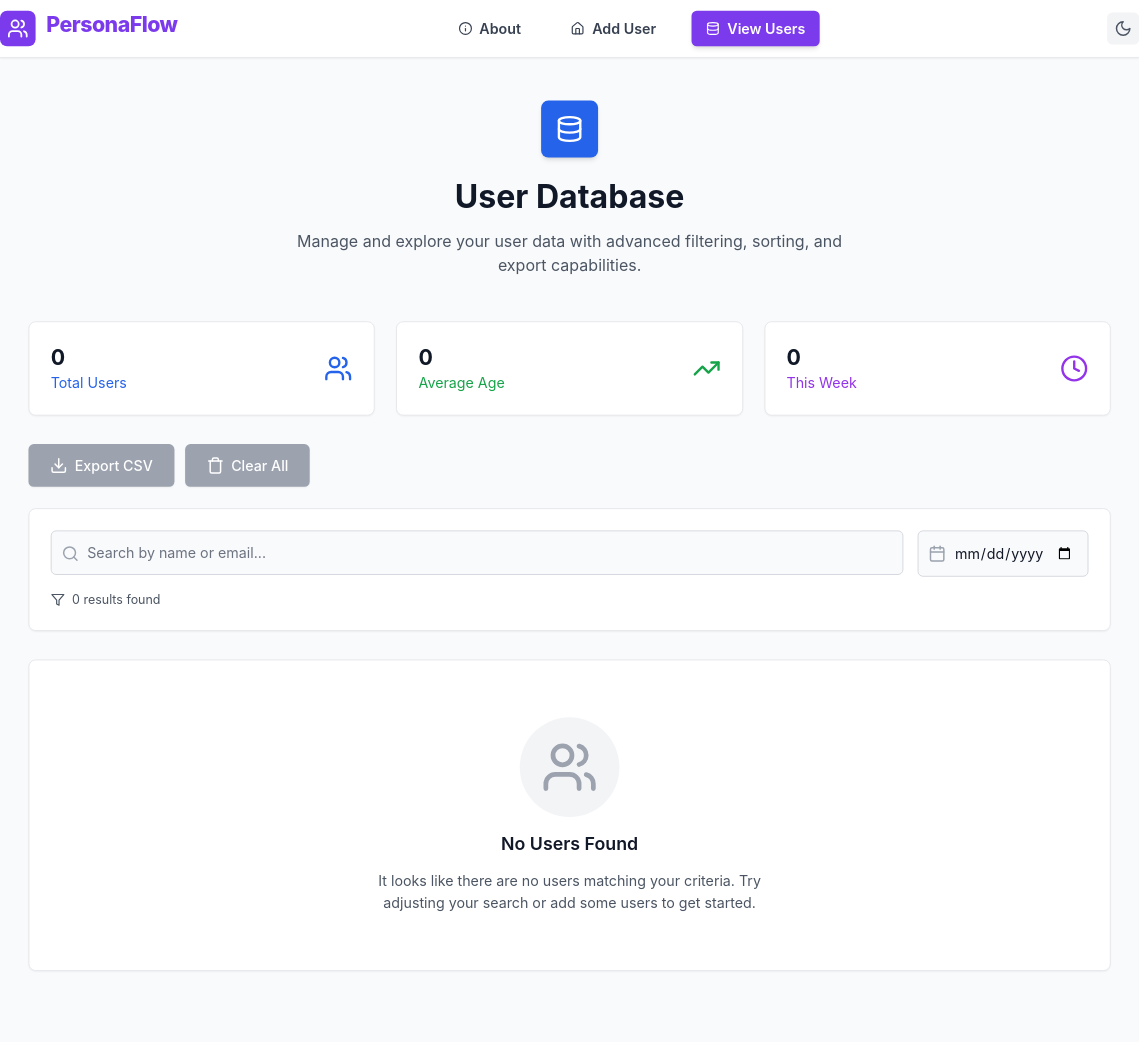
Repository: nikunjagarwal05/PersonaFlow
Page: /view
The author's editor kept a copy of each file at every save. The page is drawn from the files as they stood at one save, then again after the next save.
The browser window is 1280 px wide. The pictures show the whole page, at 89% of full size.
The project was rebuilt for these pictures with package versions that can differ from the ones it lists, and the page was loaded fresh each time. Also part of the build but not shown: vite.config.ts, src/components/Toast.jsx, src/components/UserForm.jsx, src/pages/Home.jsx, src/components/Pagination.jsx, src/pages/About.jsx.

Above is the page before, as saved 2025-06-10 18:22:26.

### index.html
<!doctype html>
<html lang="en">
  <head>
    <meta charset="UTF-8" />
    <link rel="icon" type="image/svg+xml" href="/vite.svg" />
    <meta name="viewport" content="width=device-width, initial-scale=1.0" />
    <meta name="description" content="PersonaFlow - A professional user management system with advanced data handling capabilities" />
    <meta name="keywords" content="user management, data management, professional design, React, JavaScript" />
    <meta name="author" content="PersonaFlow Team" />

    <!-- Open Graph / Facebook -->
    <meta property="og:type" content="website" />
    <meta property="og:title" content="PersonaFlow - Professional User Management" />
    <meta property="og:description" content="Manage users with our professional, clean interface" />

    <!-- Twitter -->
    <meta property="twitter:card" content="summary_large_image" />
    <meta property="twitter:title" content="PersonaFlow - Professional User Management" />
    <meta property="twitter:description" content="Manage users with our professional, clean interface" />

    <title>PersonaFlow - User Management System</title>
  </head>
  <body>
    <div id="root"></div>
    <script type="module" src="/src/main.jsx"></script>
  </body>
</html>

### src/App.jsx
import React, { useState, useEffect } from 'react';
import { BrowserRouter as Router, Routes, Route } from 'react-router-dom';

import { ToastProvider } from './components/ToastContainer';
import Navbar from './components/Navbar';
import Home from './pages/Home';
import ViewData from './pages/ViewData';
import About from './pages/About';

// App component manages global state, dark mode, and routing
function App() {
  const [darkMode, setDarkMode] = useState(() => {
    const saved = localStorage.getItem('darkMode');
    return saved ? JSON.parse(saved) : false;
  });

  useEffect(() => {
    localStorage.setItem('darkMode', JSON.stringify(darkMode));
    if (darkMode) {
      document.documentElement.classList.add('dark');
    } else {
      document.documentElement.classList.remove('dark');
    }
  }, [darkMode]);

  const toggleDarkMode = () => {
    setDarkMode(!darkMode);
  };

  return (
    <div className={`min-h-screen transition-colors duration-300 ${darkMode ? 'dark' : ''}`}>
      <ToastProvider>
        <Router>
          <Navbar darkMode={darkMode} toggleDarkMode={toggleDarkMode} />
          <Routes>
            <Route path="/" element={<About />} />
            <Route path="/add" element={<Home />} />
            <Route path="/view" element={<ViewData />} />
          </Routes>
        </Router>
      </ToastProvider>
    </div>
  );
}

export default App;

### src/index.css
@tailwind base;
@tailwind components;
@tailwind utilities;

@layer base {
  html {
    scroll-behavior: smooth;
  }

  body {
    font-family: -apple-system, BlinkMacSystemFont, 'Segoe UI', 'Roboto', 'Oxygen',
      'Ubuntu', 'Cantarell', 'Fira Sans', 'Droid Sans', 'Helvetica Neue',
      sans-serif;
    -webkit-font-smoothing: antialiased;
    -moz-osx-font-smoothing: grayscale;
    background-color: theme('colors.lightbg'); /* Deeper, softer white for light mode */
    color: theme('colors.gray.900');
  }
  .card {
    background-color: theme('colors.lightcard');
    border: 1px solid theme('colors.lightborder');
    border-radius: 0.75rem;
    box-shadow: 0 2px 8px 0 rgba(0,0,0,0.03);
  }
  .dark body {
    background-color: theme('colors.gray.900');
    color: theme('colors.gray.100');
  }
  .dark .card {
    background-color: theme('colors.gray.800');
    border: 1px solid theme('colors.gray.700');
  }
}

@layer utilities {
  .animate-slide-in {
    animation: slideIn 0.3s ease-out;
  }

  .animate-fade-in {
    animation: fadeIn 0.2s ease-out;
  }
}

@keyframes slideIn {
  from {
    opacity: 0;
    transform: translateX(100%);
  }
  to {
    opacity: 1;
    transform: translateX(0);
  }
}

@keyframes fadeIn {
  from {
    opacity: 0;
  }
  to {
    opacity: 1;
  }
}

/* Custom scrollbar */
::-webkit-scrollbar {
  width: 8px;
}

::-webkit-scrollbar-track {
  background: rgba(0, 0, 0, 0.1);
  border-radius: 10px;
}

::-webkit-scrollbar-thumb {
  background: #3b82f6;
  border-radius: 10px;
}

::-webkit-scrollbar-thumb:hover {
  background: #2563eb;
}

/* Focus styles */
input:focus, select:focus, textarea:focus {
  outline: none;
  box-shadow: 0 0 0 3px rgba(59, 130, 246, 0.3);
}

/* Selection styles */
::selection {
  background: rgba(59, 130, 246, 0.3);
  color: white;
}

/* Loading spinner */
.loading-spinner {
  border: 3px solid rgba(59, 130, 246, 0.3);
  border-radius: 50%;
  border-top: 3px solid #3b82f6;
  width: 24px;
  height: 24px;
  animation: spin 1s linear infinite;
}

@keyframes spin {
  0% { transform: rotate(0deg); }
  100% { transform: rotate(360deg); }
}

/* Button animations */
.btn-hover {
  transition: all 0.2s ease-in-out;
}

.btn-hover:hover {
  transform: translateY(-1px);
  box-shadow: 0 4px 12px rgba(0, 0, 0, 0.15);
}

/* Card hover effects */
.card-hover {
  transition: all 0.2s ease-in-out;
}

.card-hover:hover {
  transform: translateY(-2px);
  box-shadow: 0 8px 25px rgba(0, 0, 0, 0.1);
}

/* Mobile optimizations */
@media (max-width: 768px) {
  .animate-slide-in {
    animation: slideInMobile 0.3s ease-out;
  }
}

@keyframes slideInMobile {
  from {
    opacity: 0;
    transform: translateY(20px);
  }
  to {
    opacity: 1;
    transform: translateY(0);
  }
}

/* High contrast mode support */
@media (prefers-contrast: high) {
  .bg-gradient-to-r {
    background: solid;
  }
}

/* Reduced motion support */
@media (prefers-reduced-motion: reduce) {
  * {
    animation-duration: 0.01ms !important;
    animation-iteration-count: 1 !important;
    transition-duration: 0.01ms !important;
  }

  .animate-slide-in,
  .animate-fade-in {
    animation: none;
  }
}

/* Dark mode improvements */
.dark {
  color-scheme: dark;
}

/* Form improvements */
.form-input {
  transition: all 0.2s ease-in-out;
}

.form-input:focus {
  transform: translateY(-1px);
}

/* Table improvements */
.table-row {
  transition: all 0.2s ease-in-out;
}

.table-row:hover {
  transform: scale(1.01);
}

/* Accent color for buttons and links */
.btn-accent {
  background-color: theme('colors.accent.DEFAULT');
  color: #fff;
}
.btn-accent:hover {
  background-color: theme('colors.accent.dark');
}
.link-accent {
  color: theme('colors.accent.DEFAULT');
}
.link-accent:hover {
  color: theme('colors.accent.dark');
}

/* Use darkaccent for accent in dark mode */
.dark .btn-accent {
  background-color: theme('colors.darkaccent.DEFAULT');
  color: #fff;
}
.dark .btn-accent:hover {
  background-color: theme('colors.darkaccent.dark');
}
.dark .link-accent {
  color: theme('colors.darkaccent.DEFAULT');
}
.dark .link-accent:hover {
  color: theme('colors.darkaccent.dark');
}

### src/components/ToastContainer.jsx
import React, { createContext, useContext, useState, useCallback } from 'react';
import Toast from './Toast';

// ToastContainer provides context and renders toasts
const ToastContext = createContext(undefined);

export const useToast = () => {
  const context = useContext(ToastContext);
  if (!context) {
    throw new Error('useToast must be used within a ToastProvider');
  }
  return context;
};

export const ToastProvider = ({ children }) => {
  const [toasts, setToasts] = useState([]);

  const showToast = useCallback((toast) => {
    const id = crypto.randomUUID();
    const newToast = {
      ...toast,
      id,
      onClose: removeToast,
    };
    setToasts(prev => [...prev, newToast]);
  }, []);

  const removeToast = useCallback((id) => {
    setToasts(prev => prev.filter(toast => toast.id !== id));
  }, []);

  return (
    <ToastContext.Provider value={{ showToast }}>
      {children}
      <div className="fixed top-4 right-4 z-50 space-y-2 max-w-sm">
        {toasts.map(toast => (
          <Toast key={toast.id} {...toast} />
        ))}
      </div>
    </ToastContext.Provider>
  );
};

### src/components/Navbar.jsx
import React from 'react';
import { Link, useLocation } from 'react-router-dom';
import { Home, Database, Moon, Sun, Users, Info } from 'lucide-react';

// Navbar component provides navigation and dark mode toggle
const Navbar = ({ darkMode, toggleDarkMode }) => {
  const location = useLocation();

  return (
    <nav className="sticky top-0 z-40 bg-white dark:bg-gray-900 border-b border-gray-200 dark:border-gray-700 shadow-sm">
      <div className="max-w-7xl mx-auto">
        <div className="flex justify-between items-center h-16 w-full">

          {/* App Name at far left */}
          <div className="flex items-centermin-w-[220px]">

            <div className="p-2 bg-accent dark:bg-darkaccent rounded-lg">
              <Users className="w-6 h-6 text-white" />
            </div>

            <h1 className="ml-3 text-2xl font-extrabold text-accent dark:text-darkaccent-light tracking-tight select-none">
              PersonaFlow
            </h1>
          </div>

          {/* Nav Links Centered */}
          <div className="flex-1 sm: flex justify-center">
            <div className="flex items-baseline space-x-6">
              <Link
                to="/"
                className={`px-4 py-2 rounded-md font-semibold transition-all duration-200 flex items-center space-x-2 ${
                  location.pathname === '/'
                    ? 'bg-accent dark:bg-darkaccent text-white shadow-md'
                    : 'text-gray-700 dark:text-gray-300 hover:bg-gray-100 dark:hover:bg-gray-800'
                }`}
              >
                <Info className="w-4 h-4" />
                <span>About</span>
              </Link>
              <Link
                to="/add"
                className={`px-4 py-2 rounded-md font-semibold transition-all duration-200 flex items-center space-x-2 ${
                  location.pathname === '/add'
                    ? 'bg-accent dark:bg-darkaccent text-white shadow-md'
                    : 'text-gray-700 dark:text-gray-300 hover:bg-gray-100 dark:hover:bg-gray-800'
                }`}
              >
                <Home className="w-4 h-4" />
                <span>Add User</span>
              </Link>
              <Link
                to="/view"
                className={`px-4 py-2 rounded-md font-semibold transition-all duration-200 flex items-center space-x-2 ${
                  location.pathname === '/view'
                    ? 'bg-accent dark:bg-darkaccent text-white shadow-md'
                    : 'text-gray-700 dark:text-gray-300 hover:bg-gray-100 dark:hover:bg-gray-800'
                }`}
              >
                <Database className="w-4 h-4" />
                <span>View Users</span>
              </Link>
            </div>
          </div>

          {/* Theme Toggle at far right */}
          <div className="flex items-center justify-end min-w-[60px]">
            <button
              onClick={toggleDarkMode}
              className="p-2 rounded-md bg-gray-100 dark:bg-gray-800 hover:bg-gray-200 dark:hover:bg-gray-700 transition-all duration-200"
              aria-label="Toggle dark mode"
            >
              {darkMode ? (
                <Sun className="w-5 h-5 text-yellow-500" />
              ) : (
                <Moon className="w-5 h-5 text-gray-600" />
              )}
            </button>
          </div>
        </div>
      </div>

      {/* Mobile Navigation */}
      <div className="md:hidden border-t border-gray-200 dark:border-gray-700">
        <div className="px-2 pt-2 pb-3 space-y-1">
          <Link
            to="/"
            className={`block px-3 py-2 rounded-md text-base font-medium transition-all duration-200 flex items-center space-x-2 ${
              location.pathname === '/'
                ? 'bg-accent dark:bg-darkaccent text-white'
                : 'text-gray-700 dark:text-gray-300 hover:bg-gray-100 dark:hover:bg-gray-800'
            }`}
          >
            <Info className="w-4 h-4" />
            <span>About</span>
          </Link>
          <Link
            to="/add"
            className={`block px-3 py-2 rounded-md text-base font-medium transition-all duration-200 flex items-center space-x-2 ${
              location.pathname === '/add'
                ? 'bg-accent dark:bg-darkaccent text-white'
                : 'text-gray-700 dark:text-gray-300 hover:bg-gray-100 dark:hover:bg-gray-800'
            }`}
          >
            <Home className="w-4 h-4" />
            <span>Add User</span>
          </Link>
          <Link
            to="/view"
            className={`block px-3 py-2 rounded-md text-base font-medium transition-all duration-200 flex items-center space-x-2 ${
              location.pathname === '/view'
                ? 'bg-accent dark:bg-darkaccent text-white'
                : 'text-gray-700 dark:text-gray-300 hover:bg-gray-100 dark:hover:bg-gray-800'
            }`}
          >
            <Database className="w-4 h-4" />
            <span>View Users</span>
          </Link>
        </div>
      </div>
    </nav>
  );
};

export default Navbar;

### src/components/SearchBar.jsx
import React from 'react';
import { Search, X, Calendar, Filter } from 'lucide-react';

const SearchBar = ({
  searchQuery,
  onSearchChange,
  dateFilter,
  onDateFilterChange,
  onClearFilters,
  totalResults
}) => {
  return (
    <div className="bg-white dark:bg-gray-800 rounded-lg border border-gray-200 dark:border-gray-700 p-6 shadow-sm">
      <div className="flex flex-col lg:flex-row gap-4">
        {/* Search Input */}
        <div className="flex-1 relative">
          <div className="absolute inset-y-0 left-0 pl-3 flex items-center pointer-events-none">
            <Search className="h-5 w-5 text-gray-400" />
          </div>
          <input
            type="text"
            placeholder="Search by name or email..."
            value={searchQuery}
            onChange={(e) => onSearchChange(e.target.value)}
            className="w-full pl-10 pr-4 py-3 bg-gray-50 dark:bg-gray-700 border border-gray-300 dark:border-gray-600 rounded-md focus:outline-none focus:ring-2 focus:ring-blue-500 focus:border-transparent transition-all duration-200 text-gray-900 dark:text-white placeholder-gray-500 dark:placeholder-gray-400"
          />
        </div>

        {/* Date Filter */}
        <div className="relative">
          <div className="absolute inset-y-0 left-0 pl-3 flex items-center pointer-events-none">
            <Calendar className="h-5 w-5 text-gray-400" />
          </div>
          <input
            type="date"
            value={dateFilter}
            onChange={(e) => onDateFilterChange(e.target.value)}
            className="w-full lg:w-48 pl-10 pr-4 py-3 bg-gray-50 dark:bg-gray-700 border border-gray-300 dark:border-gray-600 rounded-md focus:outline-none focus:ring-2 focus:ring-blue-500 focus:border-transparent transition-all duration-200 text-gray-900 dark:text-white"
          />
        </div>

        {/* Clear Filters Button */}
        {(searchQuery || dateFilter) && (
          <button
            onClick={onClearFilters}
            className="flex items-center space-x-2 px-6 py-3 bg-red-600 hover:bg-red-700 text-white font-medium rounded-md transition-all duration-200 shadow-sm hover:shadow-md"
          >
            <X className="w-4 h-4" />
            <span className="hidden sm:inline">Clear</span>
          </button>
        )}
      </div>

      {/* Results Counter */}
      {totalResults !== undefined && (
        <div className="mt-4 flex items-center justify-between">
          <div className="flex items-center space-x-2 text-sm text-gray-600 dark:text-gray-400">
            <Filter className="w-4 h-4" />
            <span>
              {totalResults} {totalResults === 1 ? 'result' : 'results'} found
            </span>
          </div>
          {(searchQuery || dateFilter) && (
            <div className="text-sm text-gray-500 dark:text-gray-500">
              {searchQuery && (
                <span className="bg-blue-100 dark:bg-blue-900/30 text-blue-800 dark:text-blue-300 px-2 py-1 rounded-md mr-2">
                  "{searchQuery}"
                </span>
              )}
              {dateFilter && (
                <span className="bg-green-100 dark:bg-green-900/30 text-green-800 dark:text-green-300 px-2 py-1 rounded-md">
                  DOB: {new Date(dateFilter).toLocaleDateString()}
                </span>
              )}
            </div>
          )}
        </div>
      )}
    </div>
  );
};

export default SearchBar;

### src/components/Modal.jsx
import React from 'react';
import { Dialog, Transition } from '@headlessui/react';
import { X } from 'lucide-react';

// Modal component for dialogs and popups
const Modal = ({ isOpen, onClose, title, children, size = 'md' }) => {
  const sizeClasses = {
    sm: 'max-w-md',
    md: 'max-w-lg',
    lg: 'max-w-2xl',
    xl: 'max-w-4xl',
  };

  return (
    <Transition show={isOpen} as={React.Fragment}>
      <Dialog as="div" className="relative z-50" onClose={onClose}>
        <Transition.Child
          as={React.Fragment}
          enter="ease-out duration-300"
          enterFrom="opacity-0"
          enterTo="opacity-100"
          leave="ease-in duration-200"
          leaveFrom="opacity-100"
          leaveTo="opacity-0"
        >
          <div className="fixed inset-0 bg-black/50" />
        </Transition.Child>

        <div className="fixed inset-0 overflow-y-auto">
          <div className="flex min-h-full items-center justify-center p-4 text-center">
            <Transition.Child
              as={React.Fragment}
              enter="ease-out duration-300"
              enterFrom="opacity-0 scale-95"
              enterTo="opacity-100 scale-100"
              leave="ease-in duration-200"
              leaveFrom="opacity-100 scale-100"
              leaveTo="opacity-0 scale-95"
            >
              <Dialog.Panel className={`w-full ${sizeClasses[size]} transform overflow-hidden rounded-lg bg-white dark:bg-gray-800 border border-gray-200 dark:border-gray-700 p-6 text-left align-middle shadow-xl transition-all`}>
                <div className="flex items-center justify-between mb-6">
                  <Dialog.Title className="text-xl font-semibold text-gray-900 dark:text-white">
                    {title}
                  </Dialog.Title>
                  <button
                    onClick={onClose}
                    className="p-2 rounded-md bg-gray-100 dark:bg-gray-700 hover:bg-gray-200 dark:hover:bg-gray-600 transition-all duration-200"
                  >
                    <X className="w-5 h-5 text-gray-600 dark:text-gray-400" />
                  </button>
                </div>
                {children}
              </Dialog.Panel>
            </Transition.Child>
          </div>
        </div>
      </Dialog>
    </Transition>
  );
};

export default Modal;

Loaded but not shown: src/main.jsx (common file); src/utils/localStorage.js (119 lines, source omitted); tailwind.config.js (25 lines, source omitted); src/pages/ViewData.jsx (372 lines, source omitted); src/components/UserTable.jsx (164 lines, source omitted)

After the next save:
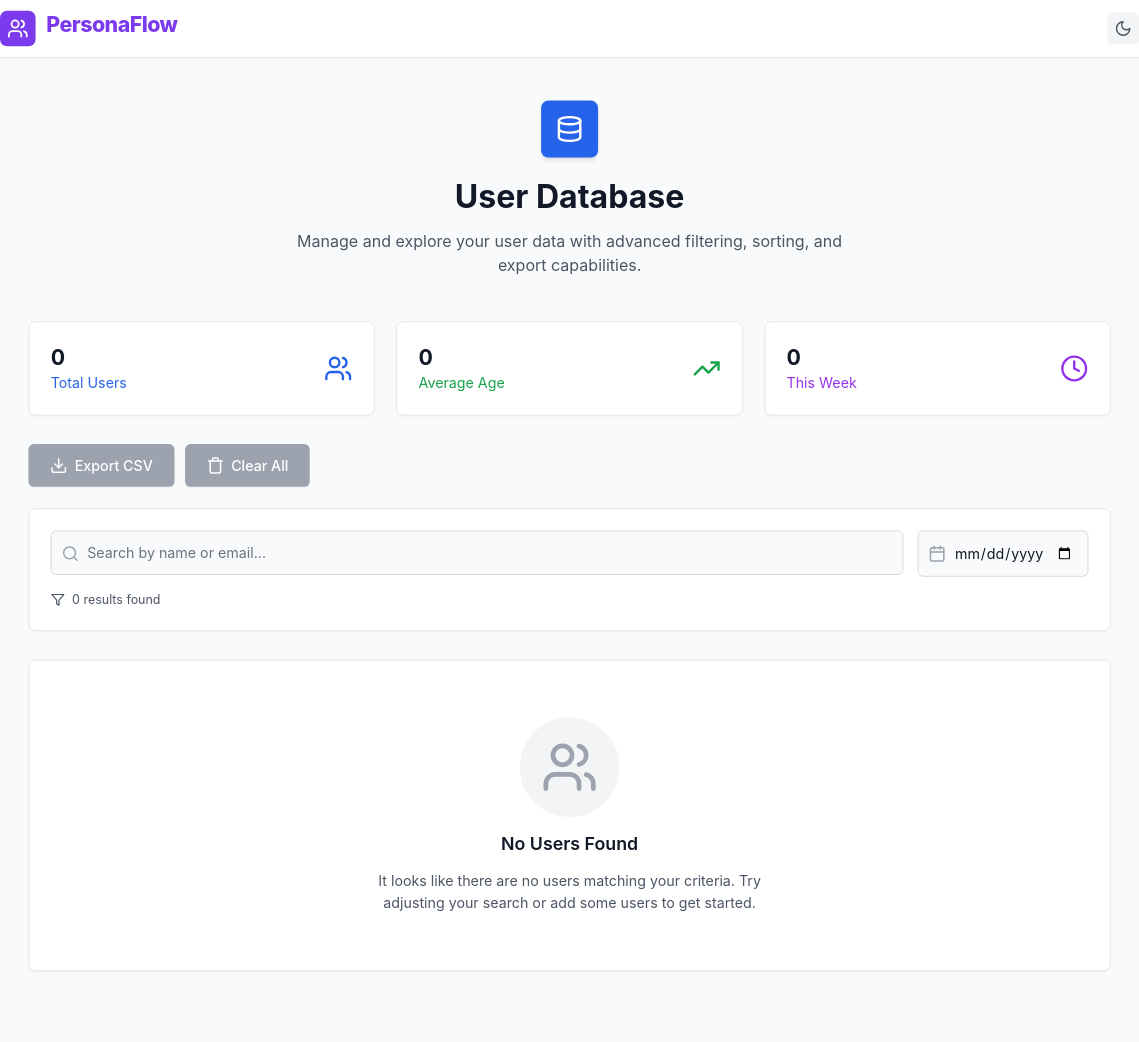
Saved 26 s later.
--- a/src/components/Navbar.jsx
+++ b/src/components/Navbar.jsx
@@ -24,7 +24,7 @@ const Navbar = ({ darkMode, toggleDarkMode }) => {
           </div>
 
           {/* Nav Links Centered */}
-          <div className="flex-1 sm: flex justify-center">
+          <div className="flex-1 sm:hidden flex justify-center">
             <div className="flex items-baseline space-x-6">
               <Link
                 to="/"
